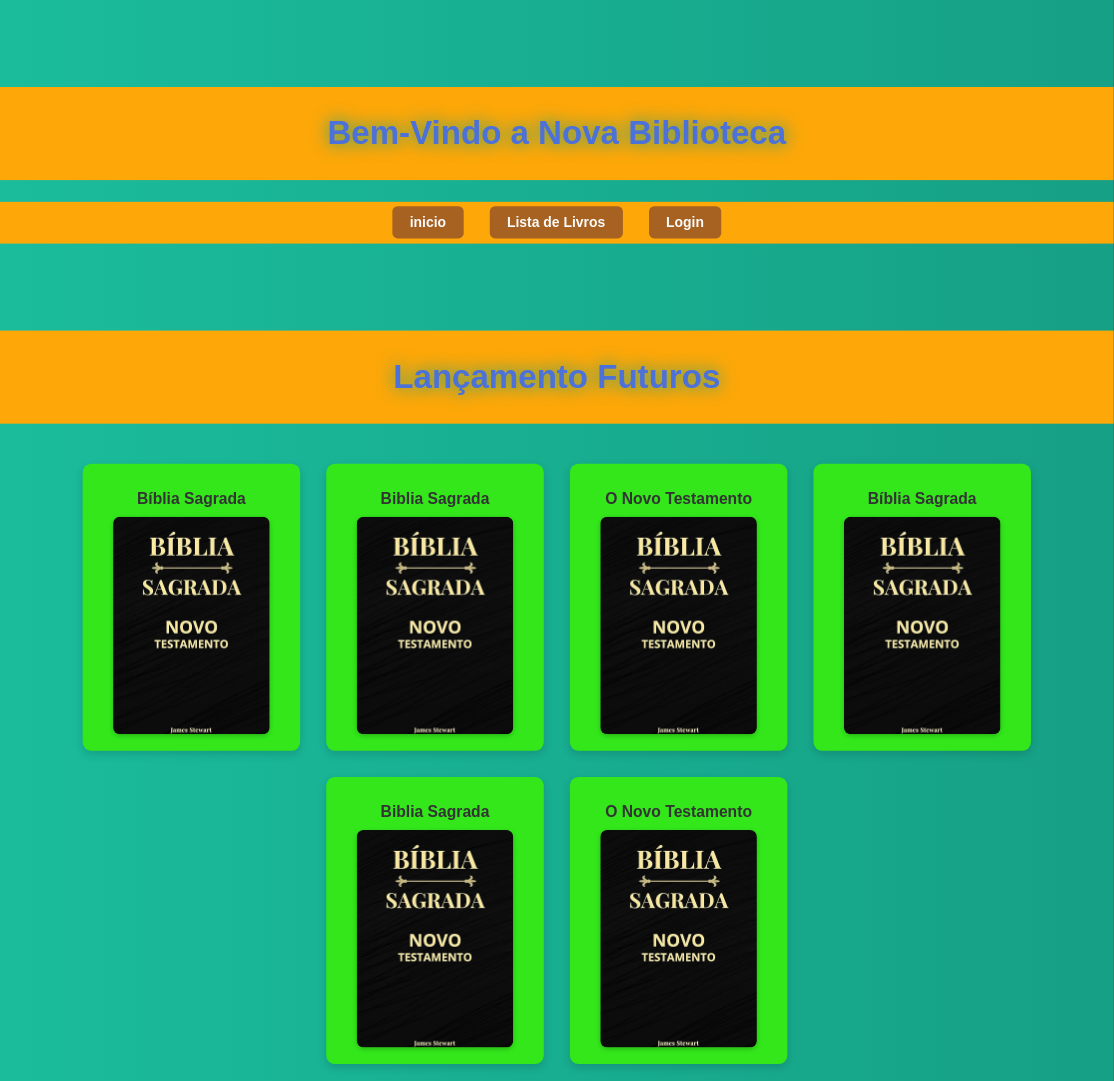
Repository: cleytonds/Biblioteca
Page: templates/Biblioteca_usuario.HTML
The author's editor kept a copy of each file at every save. The page is drawn from the files as they stood at one save, then again after the next save.
The browser window is 1280 px wide. The pictures show the whole page, at 87% of full size.

Above is the page before, as saved 2025-11-17 10:40:01.

### templates/Biblioteca_usuario.HTML
<!DOCTYPE html>
<html lang="en">
<head>
    <meta charset="UTF-8">
    <meta name="viewport" content="width=device-width, initial-scale=1.0">
    <title>Biblioteca</title>
    <link rel="stylesheet" href="../Static/indexStyle.css">
    <link rel="stylesheet" href="/Biblioteca/app.py">




</head>
<body>
    <!--inicio da pagina-->
    <h1>Bem-Vindo a Nova Biblioteca </h1>

    <al class="menu">
        <li><a href="Biblioteca_usuario.HTML"> inicio</a></li>
        <li><a href="lista_livros.HTML">Lista de Livros</a></li>
        <li><a href="login.HTML">Login</a></li>

    </al>


   <main>
        <h1>Lançamento Futuros</h1>
        <section>
         <article>
            <h2>Bíblia Sagrada</h2>
            <img src="nono.jpg" alt="Biblia sagrada">
         </article>

         <aside>
            <h2>Biblia Sagrada</h2>
            <img src="nono.jpg" alt="Biblia Sagrada">
         </aside>

         <article>
            <h2>O Novo Testamento</h2>
            <img src="nono.jpg" alt="Novo testamento">
         </article>
         <article>
            <h2>Bíblia Sagrada</h2>
            <img src="nono.jpg" alt="Biblia sagrada">
         </article>

         <aside>
            <h2>Biblia Sagrada</h2>
            <img src="nono.jpg" alt="Biblia Sagrada">
         </aside>

         <article>
            <h2>O Novo Testamento</h2>
            <img src="nono.jpg" alt="Novo testamento">
         </article>
        </section>
   </main>


</body>
</html>

### Static/indexStyle.css
/*cor do nome principal da pagina*/
@keyframes brilho{
    0%{ text-shadow: 0 0 10px #1abc9c;}
    50%{ text-shadow: 0 0 20px #16a085;}
    100%{ text-shadow: 0 0 10px #1abc9c;}
}

@import url('https://fonts.googleapis.com/css2?family=Poppins:wght@600&family=Montserrat:wght@500&display=swap');
/*estilo da fonte*/
.titulo{
    font-family: 'montserrat',sans-serif;
}
/*estiolo dos titulos*/
h1{
    font-family:'Poppins',sans-serif;
    font-size: 38px;
    color: #4c71d8;
    text-align: center;
    margin-top: 100px;
    animation: brilho 2s infinite alternate;

}

/*estilo do fundo da pag*/
body{
    background: linear-gradient(to right, #1abc9c, #16a085)/*cor fundo da pagina*/
}
/*cores do menu da pagina*/
h1{
    padding: 2rem;
    background-color: rgb(253, 167, 8);
    text-align: center;
}

button{
    display: flex;
    height: 100%;
    background-color: #eff1ef;
    color: #0303ff;
    text-align: center;
    margin-block-end: 12px;

}
body {
    margin: 0;
    font-family: Arial, sans-serif;
    background-color: #fdfdfd;

}

/*opções de menu*/
.menu{
    list-style: none; /*tira os marcadores*/
    padding: 0;
    margin: 0;
    display: flex;          /* coloca os itens lado a lado */
    justify-content: center; /* centraliza no meio da tela */
    gap: 30px;                  /* espaço entre os botões */
    background-color:  rgb(253, 167, 8);  /* cor da barra de menu */
    padding: 15px 0;

}
/*estilo dos linrs (botões)*/
.menu li a {
    text-decoration: none;
    color: rgb(252, 252, 252);
    font-weight: bold;
    padding: 10px 20px;
    border-radius: 6px;
    background-color: #a76222;
    transition: backgronud 0.3s, transform 0.2s;

}
/*Efeito houver (ao passar o mouse)*/
.menu li a:hover{
    background-color: #1abc9c;
    transform: scale(1.05);
}
body {
    background-color: #eeeeee;
    font-family: Arial, Helvetica, sans-serif;

}
/* Estilo geral */
body {
    background-color: #973838;
    font-family: Arial, sans-serif;
    margin: 0;
    padding: 0;
}

/* A section é o container das imagens */
section {
    display: flex;                /* Coloca lado a lado */
    justify-content: center;      /* Centraliza horizontalmente */
    align-items: flex-start;      /* Alinha pelo topo */
    gap: 30px;                    /* Espaço entre os elementos */
    flex-wrap: wrap;              /* Quebra linha se a tela for pequena */
    padding: 20px;
}

/* Cada article e aside se comportam como caixinhas */
article, aside {
    background-color: rgb(51, 231, 27);
    border-radius: 10px;
    box-shadow: 0 4px 10px rgba(0,0,0,0.15);
    text-align: center;
    padding: 15px;
    width: 220px;                 /* Largura fixa de cada bloco */
    transition: transform 0.3s ease;
}

/* Efeito de destaque ao passar o mouse */
article:hover, aside:hover {
    transform: scale(1.05);
}

/* Título de cada livro */
h2 {
    font-size: 18px;
    color: #333;
    margin-bottom: 10px;
}

/* Estilo da imagem */
img {
    width: 180px;                 /* Diminui o tamanho da imagem */
    height: 250px;                /* Altura proporcional */
    object-fit: cover;            /* Corta imagem mantendo o formato */
    border-radius: 8px;
    box-shadow: 0 2px 6px rgba(0,0,0,0.2);
}
@media (max-width: 768px) {
    section {
        flex-direction: column;
        align-items: center;
    }

    article, aside {
        width: 80%;
    }

    img {
        width: 100%;
        height: auto;
    }
}

After the next save:
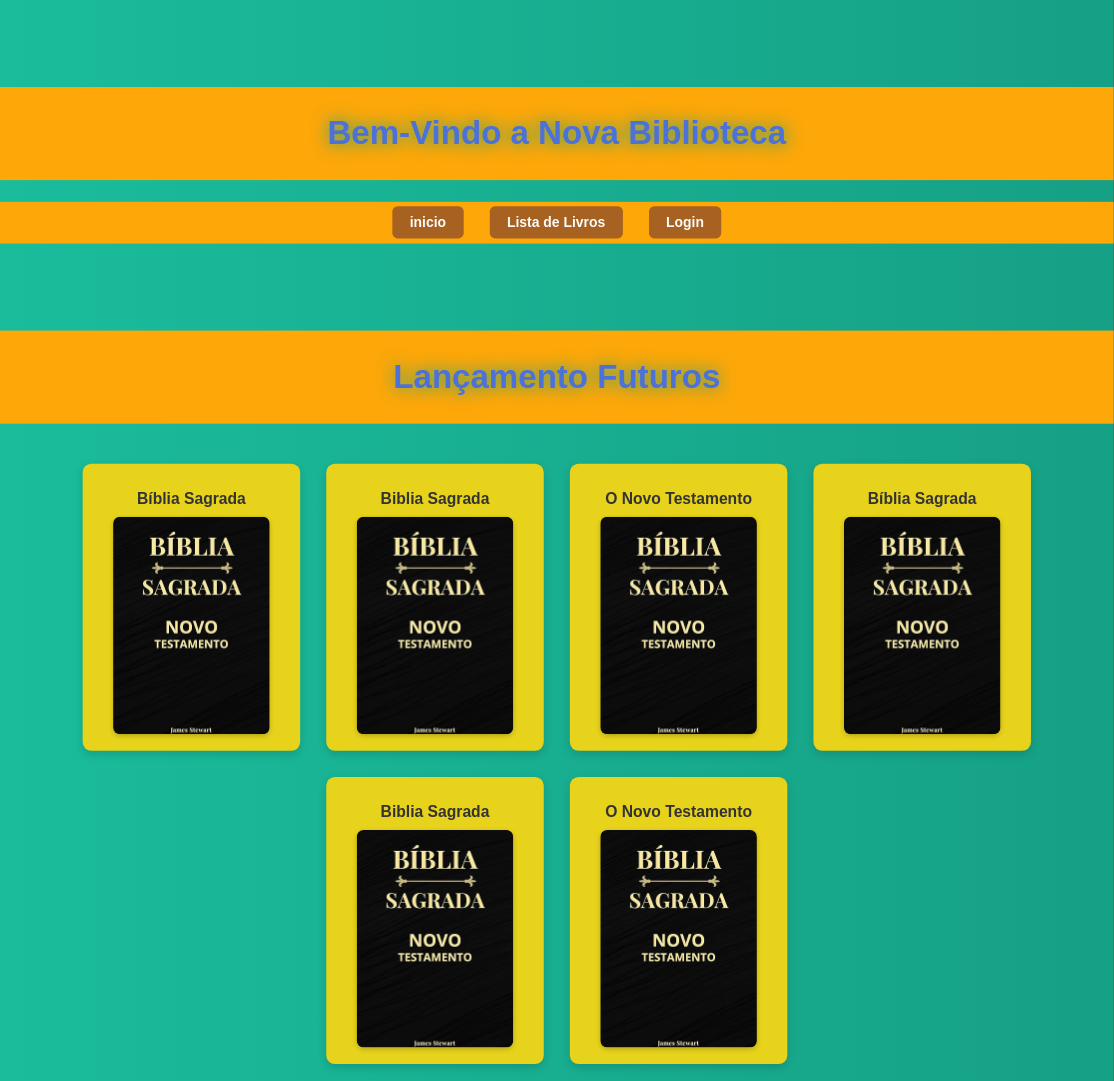
Saved 5 s later.
--- a/Static/indexStyle.css
+++ b/Static/indexStyle.css
@@ -101,7 +101,7 @@
 
 /* Cada article e aside se comportam como caixinhas */
 article, aside {
-    background-color: rgb(51, 231, 27);
+    background-color: rgb(231, 211, 27);
     border-radius: 10px;
     box-shadow: 0 4px 10px rgba(0,0,0,0.15);
     text-align: center;
